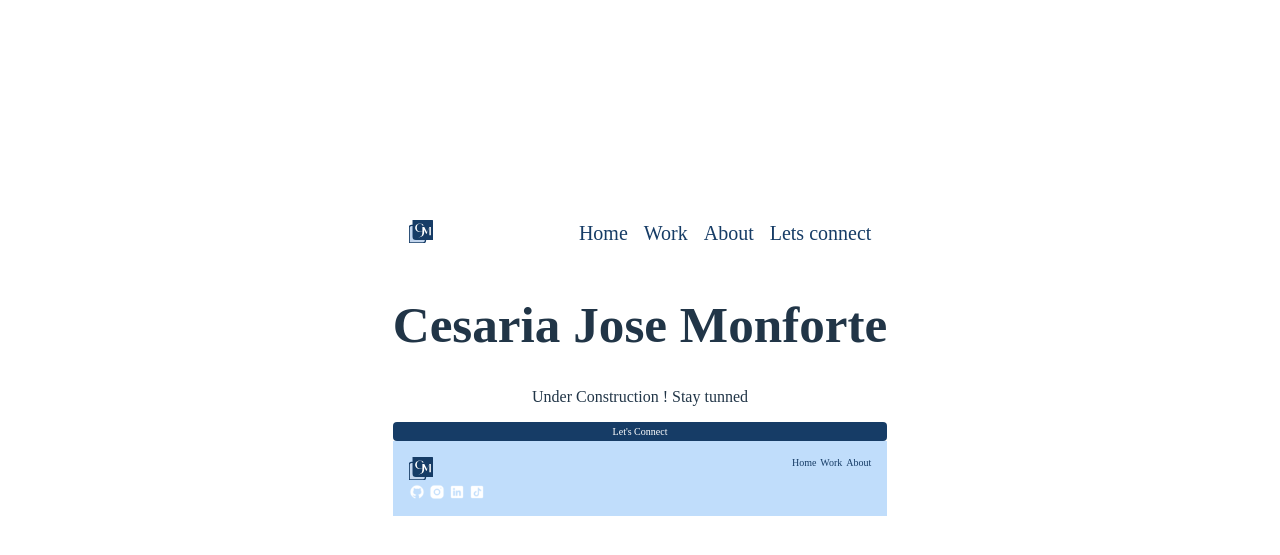
Repository: CesariaMonforte/cesariamonforte
Page: /
An editor plug-in stored every save of this project. The page is shown before and after the next save, followed by the edit.
The browser window is 1280 px wide. The pictures show the whole page.
The project was rebuilt for these pictures with package versions that can differ from the ones it lists, and the page was loaded fresh each time. Also part of the build but not shown: vite.config.js.

Above is the page before, as saved 2026-01-25 13:24:25.

### index.html
<!doctype html>
<html lang="en">
  <head>
    <meta charset="UTF-8" />
    <link rel="icon" type="image/svg+xml" href="/Logo.svg" />
    <meta name="viewport" content="width=device-width, initial-scale=1.0" />
    <title>cesariamonforte</title>
  </head>
  <body>
    <div id="root"></div>
    <script type="module" src="/src/main.jsx"></script>
  </body>
</html>

### src/index.css
a {
    font-weight: 500;
    color: #163c66;
    text-decoration: inherit;
}
a:hover {
    color: #535bf2;
}

body {
    margin: 0;
    display: flex;
    place-items: center;
    min-width: 320px;
    min-height: 100vh;
}

h1 {
    font-size: 3.2em;
    line-height: 1.1;
}

button {
    border-radius: 8px;
    border: 1px solid transparent;
    padding: 0.6em 1.2em;
    font-size: 1em;
    font-weight: 500;
    font-family: inherit;
    background-color: #1a1a1a;
    cursor: pointer;
    transition: border-color 0.25s;
}
button:hover {
    border-color: #646cff;
}
button:focus,
button:focus-visible {
    outline: 4px auto -webkit-focus-ring-color;
}

@media (prefers-color-scheme: light) {
    :root {
        color: #213547;
        background-color: #ffffff;
    }
    a:hover {
        color: #747bff;
    }
    button {
        background-color: #f9f9f9;
    }
}

/* ------------------------------------------------------ VARIABLES ------------------------------------------------------ */
:root {
    /* ----- COLORS ----- */
    --primary-50: #ebf4fe;
    --primary-100: #c0ddfb;
    --primary-200: #a2ccf9;
    --primary-300: #78b5f7;
    --primary-400: #5da6f5;
    --primary-500: #3590f3;
    --primary-600: #3083dd;
    --primary-700: #2666ad;
    --primary-800: #1d4f86;
    --primary-900: #163c66;

    --secondary-500: #aadc66;
    --secondary-100: #e5f4d0;
    --secondary-700: #799c48;
    /* -- neutral colors -- */

    --bege-500: #fdf7eb;
    --white: #ffffff;
    --black-500: #060606;
    --black-400: #383838;
    --black-300: #585858;
    --black-200: #8c8c8c;
    --black-100: #b2b2b2;
    --black-50: #e6e6e6;

    /* -- warn colors -- */

    --yellow-500: #ffbf00;
    --orange-500: #ff6600;
    --red-500: #ff2f3d;

    /* ----- TYPE ----- */
    --font-family: "Bricolage Grotesque", sans-serif;

    --font-size-extra-large: 88px;
    --font-size-large: 30px;
    --font-size-extra-medium: 24px;
    --font-size-medium: 20px;
    --font-size-regular: 16px;
    --font-size-small: 12px;
    --font-size-extra-small: 10px;

    --font-style-normal: normal;
    --font-weight-bold: bold;

    --line-height-xxlarge: 100px;
    --line-height-large: 36px;
    --line-height-medium: 28px;
    --line-height-small: 20px;

    /* ----- SPACING ----- */
    --space-extra-small: 4px;
    --space-small: 8px;
    --space-regular: 16px;
    --space-medium: 32px;
    --space-large: 48px;
    --space-extra-large: 140px;
}

### src/App.jsx
import { useState } from "react";
import "./App.css";

import NavBar from "./_ui/NavBar/NavBar";
import Footer from "./_ui/Footer/Footer";
import RegButton from "./_ui/RegButton/RegButton";

function App() {
    function handleConnect() {}

    return (
        <div>
            <NavBar />

            <div>
                <h1>Cesaria Jose Monforte</h1>
                <p>Under Construction ! Stay tunned</p>
            </div>

            <RegButton
                button_text="Let's Connect"
                onclick={handleConnect}
            />

            <Footer />
        </div>
    );
}

export default App;

### src/_ui/NavBar/NavBar.jsx
import styles from "./NavBar.module.css";

function NavBar({
}) {

    return (
        <div className={styles.navbar}>

            <div >
            <img src="/Logo.svg" alt="logo" className={styles.logo}/>
            </div>

            <div className={styles.navLinks}>
                <a href="/">Home</a>
                <a href="/">Work</a>
                <a href="/">About</a>
                <div>
                Lets connect
                </div>
            </div>

        </div>

    );
}
export default NavBar;

### src/_ui/Footer/Footer.jsx
import styles from "./Footer.module.css";

function Footer({}) {
    return (
        <div className={styles.footer_container}>
            <div className={styles.container_logo_connection}>
                <img
                    src='/Logo.svg'
                    alt='logo'
                    className={styles.logo}
                />
                <div className={styles.connection_links}>
                    <img
                        src='/GitHub.svg'
                        alt='logo'
                        className={styles.connection}
                    />
                    <img
                        src='/Instagram.svg'
                        alt='logo'
                        className={styles.connection}
                    />
                    <img
                        src='/LinkedIn.svg'
                        alt='logo'
                        className={styles.connection}
                    />
                    <img
                        src='/TikTok.svg'
                        alt='logo'
                        className={styles.connection}
                    />
                </div>
            </div>

            <div className={styles.navLinks}>
                <a href='/'>Home</a>
                <a href='/'>Work</a>
                <a href='/'>About</a>
            </div>
        </div>
    );
}
export default Footer;

### src/_ui/RegButton/RegButton.jsx
import styles from "./RegButton.module.css";

function RegButton({ button_text, onclick }) {
    return (
        <>
            <div
                onclick={onclick}
                className={styles.button_reg}>
                {button_text}
            </div>
        </>
    );
}

export default RegButton;

### src/_ui/NavBar/NavBar.module.css
/* Extra small devices  */
@media (min-width: 200px) {
    .navbar {
        display: flex;
        flex-direction: row;
        justify-content: space-between;
        align-items: center;
        padding: 1rem;
        background-color: var(--white);
    }
    .navLinks {
        display: flex;
        flex-direction: row;
        justify-content: space-between;
        align-items: center;
        color: var(--primary-900);
        gap: 1rem;
        font-size: var(--font-size-extra-small);
    }
    .logo {
        width: 24px;
        height: auto;
    }
}

/* Regular iphone and tablet */

@media (min-width: 600px) {
    .navbar {
        display: flex;
        flex-direction: row;
        justify-content: space-between;
        align-items: center;
        padding: 1rem;
        background-color: var(--white);
    }
    .navLinks {
        display: flex;
        flex-direction: row;
        justify-content: space-between;
        align-items: center;
        color: var(--primary-900);
        gap: 1rem;
        font-size: var(--font-size-small);
    }
    .logo {
        width: 24px;
        height: auto;
    }
}

/* Laptops Desktop Devices */
@media (min-width: 900px) {
    .navbar {
        display: flex;
        flex-direction: row;
        justify-content: space-between;
        align-items: center;
        padding: 1rem;
        background-color: var(--white);
    }
    .navLinks {
        display: flex;
        flex-direction: row;
        justify-content: space-between;
        align-items: center;
        color: var(--primary-900);
        gap: 1rem;
        font-size: var(--font-size-medium);
    }
    .logo {
        width: 24px;
        height: auto;
    }
}

/* Extra large Desktop Devices */
@media (min-width: 1300) {
    .navbar {
        display: flex;
        flex-direction: row;
        justify-content: space-between;
        align-items: center;
        padding: 1rem;
        background-color: var(--white);
    }
    .navLinks {
        display: flex;
        flex-direction: row;
        justify-content: space-between;
        align-items: center;
        color: var(--primary-900);
        gap: 1rem;
        font-size: var(--font-size-medium);
    }
    .logo {
        width: 24px;
        height: auto;
    }
}

### src/_ui/Footer/Footer.module.css
/* Extra small devices  */
@media (min-width: 200px) {
    .footer_container {
        display: flex;
        flex-direction: row;

        align-items: flex-start;
        justify-content: space-between;
        padding: 1rem;
        background-color: var(--primary-100);
    }
    .navLinks {
        display: flex;
        flex-direction: row;
        gap: var(--space-extra-small);
        align-items: flex-end;
        color: var(--primary-900);
        font-size: var(--font-size-extra-small);
    }
    .logo {
        width: 24px;
        height: auto;
    }

    .container_logo_connection {
        display: flex;
        flex-direction: column;
        align-items: flex-start;
        gap: var(--space-extra-small);
    }

    .connection_links {
        display: flex;
        flex-direction: row;
        gap: var(--space-extra-small);
    }
    .connection {
        width: 16px;
        height: auto;
    }
}

/* Regular iphone and tablet */

@media (min-width: 600px) {
    .footer_container {
        display: flex;
        flex-direction: row;
        justify-content: space-between;
        align-items: flex-start;
        padding: 1rem;
        background-color: var(--primary-100);
    }
    .navLinks {
        display: flex;
        flex-direction: row;
        gap: var(--space-extra-small);
        align-items: flex-end;
        color: var(--primary-900);
        font-size: var(--font-size-extra-small);
    }
    .logo {
        width: 24px;
        height: auto;
    }

    .container_logo_connection {
        display: flex;
        flex-direction: column;
        align-items: flex-start;
        gap: var(--space-extra-small);
    }

    .connection_links {
        display: flex;
        flex-direction: row;
        gap: var(--space-extra-small);
    }
    .connection {
        width: 16px;
        height: auto;
    }
}

/* Laptops Desktop Devices */
@media (min-width: 900px) {
    .footer_container {
        display: flex;
        justify-content: space-between;
        flex-direction: row;
        align-items: flex-start;
        padding: 1rem;
        background-color: var(--primary-100);
    }
    .navLinks {
        display: flex;
        flex-direction: row;
        gap: var(--space-extra-small);
        align-items: flex-end;
        color: var(--primary-900);
        font-size: var(--font-size-extra-small);
    }
    .logo {
        width: 24px;
        height: auto;
    }

    .container_logo_connection {
        display: flex;
        flex-direction: column;
        align-items: flex-start;
        gap: var(--space-extra-small);
    }

    .connection_links {
        display: flex;
        flex-direction: row;
        gap: var(--space-extra-small);
    }
    .connection {
        width: 16px;
        height: auto;
    }
}

/* Extra large Desktop Devices */
@media (min-width: 1300) {
    .navbar {
        display: flex;
        flex-direction: row;
        justify-content: space-between;
        align-items: center;
        padding: 1rem;
        background-color: var(--white);
    }
    .navLinks {
        display: flex;
        flex-direction: row;
        justify-content: space-between;
        align-items: center;
        color: var(--primary-900);
        gap: 1rem;
        font-size: var(--font-size-medium);
    }
    .logo {
        width: 24px;
        height: auto;
    }
}

### src/_ui/RegButton/RegButton.module.css
.button_reg {
    background-color: var(--primary-900);
    border-radius: var(--space-extra-small);
    color: var(--white);
    font-size: var(--font-size-extra-small);
    padding: var(--space-extra-small);
    width:;
}

Loaded but not shown: src/main.jsx (common file); src/App.css (common file)

After the next save:
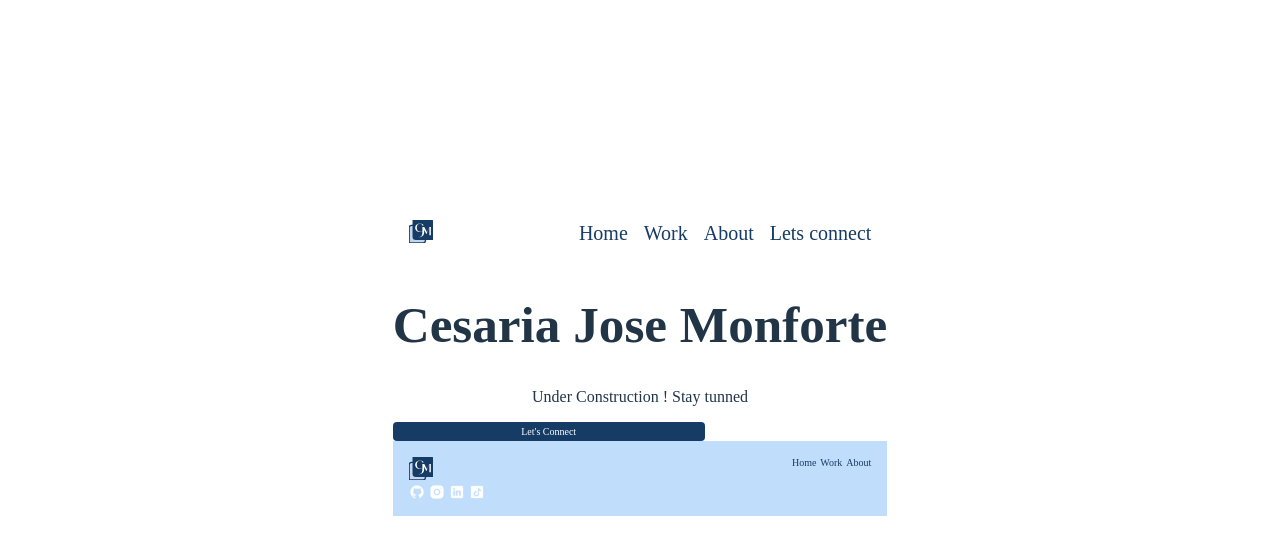
Saved 33 s later.
--- a/src/_ui/RegButton/RegButton.module.css
+++ b/src/_ui/RegButton/RegButton.module.css
@@ -4,5 +4,5 @@
     color: var(--white);
     font-size: var(--font-size-extra-small);
     padding: var(--space-extra-small);
-    width:;
+    width: 304px;
 }
